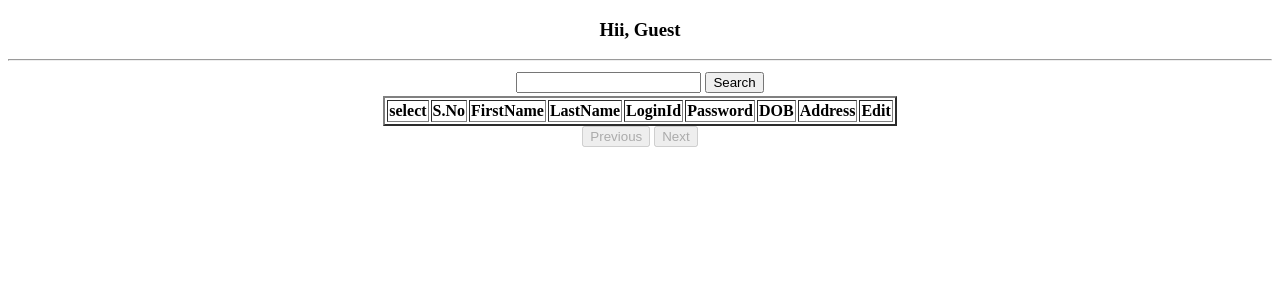
Repository: Jatdevta/AdvanceJava
Page: http://localhost/DynamicProject/UserListCtl
The author's editor kept a copy of each file at every save. The page is drawn from the files as they stood at one save, then again after the next save.
The browser window is 1280 px wide. The pictures show the whole page.
The page is served by Tomcat 9. Queries for data that is not in the repository find no rows.

Above is the page before, as saved 2023-08-23 07:49:20.

After the next save:
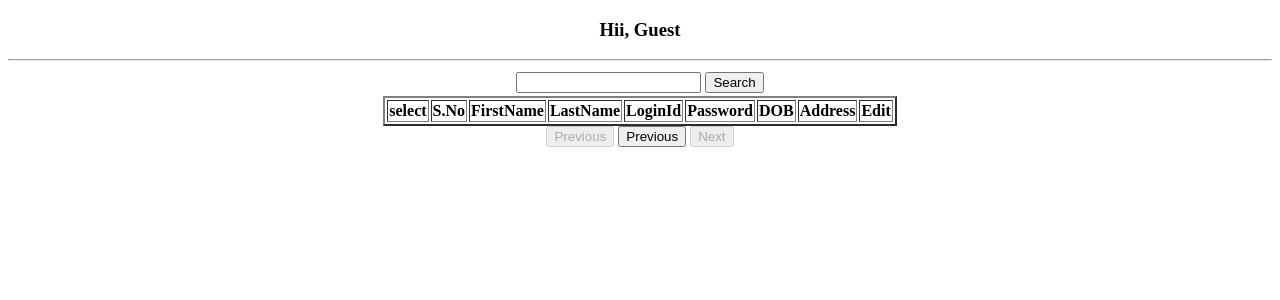
Saved 72 s later.
--- a/Advancejava/DynamicProject/WebContent/UserListView.jsp
+++ b/Advancejava/DynamicProject/WebContent/UserListView.jsp
@@ -17,7 +17,7 @@
 			List list = (List) request.getAttribute("list");
 			int pageNo = (int) request.getAttribute("pageNo");
 			int nextListSize = (int) request.getAttribute("nextListSize");
-			int index = ((pageNo-1)*5)+1;
+			int index = ((pageNo - 1) * 5) + 1;
 			Iterator it = list.iterator();
 		%>
 		<table>
@@ -51,7 +51,8 @@
 			%>
 			<tr>
 
-				<td input type="checkbox"name="ids"value="<%=bean.getId() %>"> </td>
+				<td input type="checkbox" name="ids" value="<%=bean.getId()%>">
+				</td>
 
 				<td><%=index++%></td>
 				<td><%=bean.getFirstName()%></td>
@@ -74,8 +75,11 @@
 
 			<td><input type="hidden" name="pageNo" value="<%=pageNo%>"></td>
 
-			<td><input type="submit" name="operation" value="Previous"<%=(pageNo !=1) ?"" : "disabled" %>></td>
-			<td><input type="submit" name="operation" value="Next"<%=(nextListSize !=0) ?"" : "disabled" %>></td>
+			<td><input type="submit" name="operation" value="Previous"
+				<%=(pageNo != 1) ? "" : "disabled"%>></td>
+					<td><input type="submit" name="operation" value="Previous"</td>
+			<td><input type="submit" name="operation" value="Next"
+				<%=(nextListSize != 0) ? "" : "disabled"%>></td>
 
 
 		</tr>
